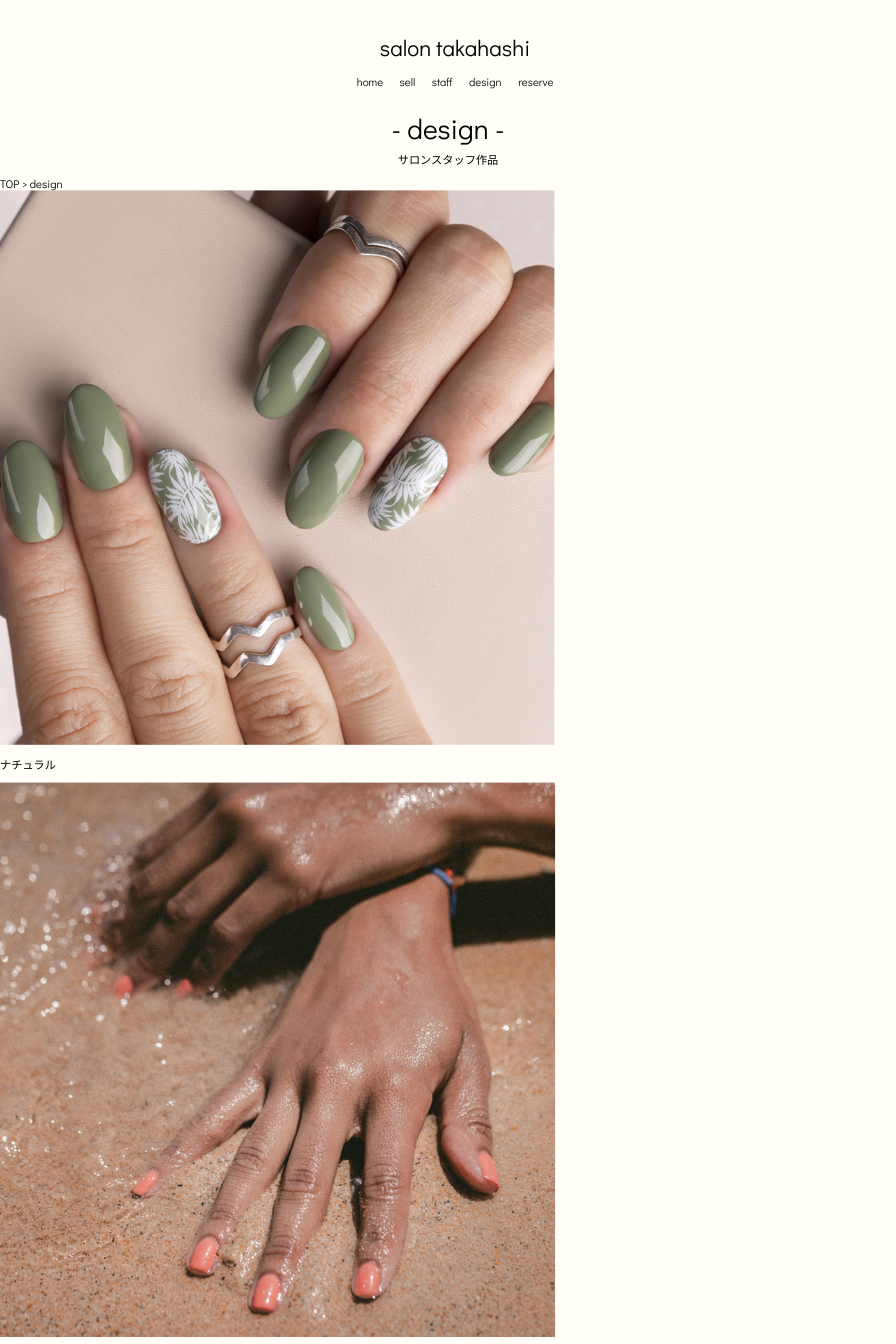
Repository: yukitakahashi1002/salontakahashi-
Page: design.html
The author's editor kept a copy of each file at every save. The page is drawn from the files as they stood at one save, then again after the next save.
The browser window is 1280 px wide. The pictures show the part of the page from y = 0 to 1920 px (the page is 5453 px tall before and 2339 px after), at 70% of full size.

Above is the page before, as saved 2023-08-04 02:02:52.

After the next save:
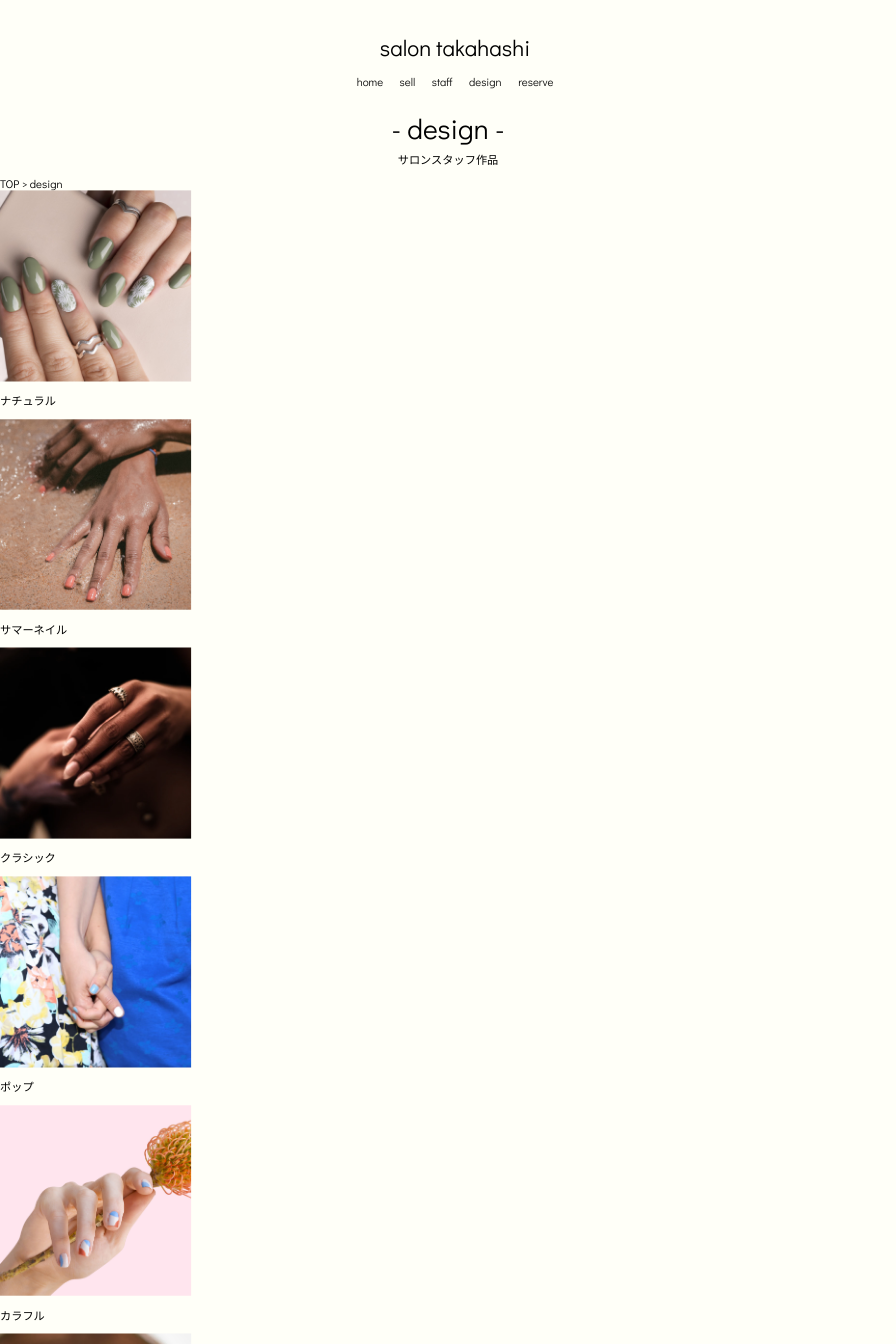
Saved 25 h 25 min later.
--- a/css/style.css
+++ b/css/style.css
@@ -219,6 +219,12 @@ h3 {
     text-align: left;
 }
 
+/* デザイン画像 */
+.image-box > img {
+    width: 273px;
+    height: auto;
+}
+
 .menu-foot {
     text-align: left;
     width: 60%;
